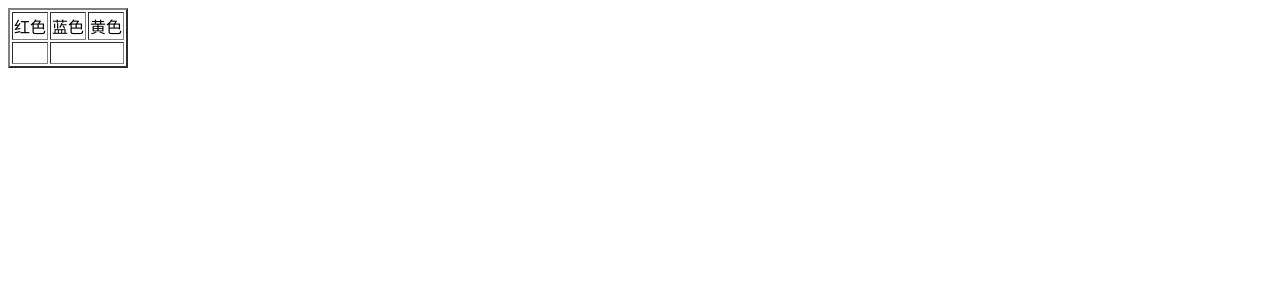
Repository: Yeyuehuke/Webstudy-Feidian
Page: 01-HTMLlearning/02-HTMLBasics/11-Tables.html
The author's editor kept a copy of each file at every save. The page is drawn from the files as they stood at one save, then again after a run of saves.
The browser window is 1280 px wide. The pictures show the whole page.

Above is the page before, as saved 2020-05-17 15:07:47.

After the next 3 saves:
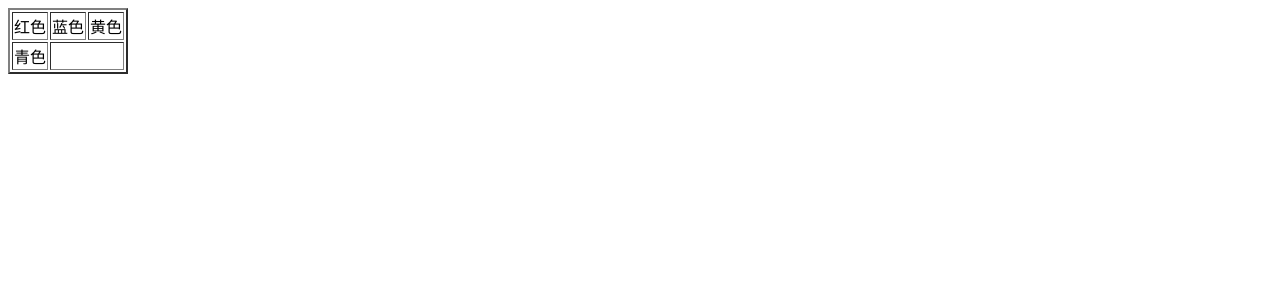
The 3 saves are shown as one change because they came seconds apart.
The last was saved 106 s later.
--- a/01-HTMLlearning/02-HTMLBasics/11-Tables.html
+++ b/01-HTMLlearning/02-HTMLBasics/11-Tables.html
@@ -10,7 +10,7 @@
                 <td>黄色</td>
             </tr>
             <tr>
-                <td><br/></td>
+                <td>青色</td>
                 <td colspan="2"><br/></td>
             </tr>
         </table>
